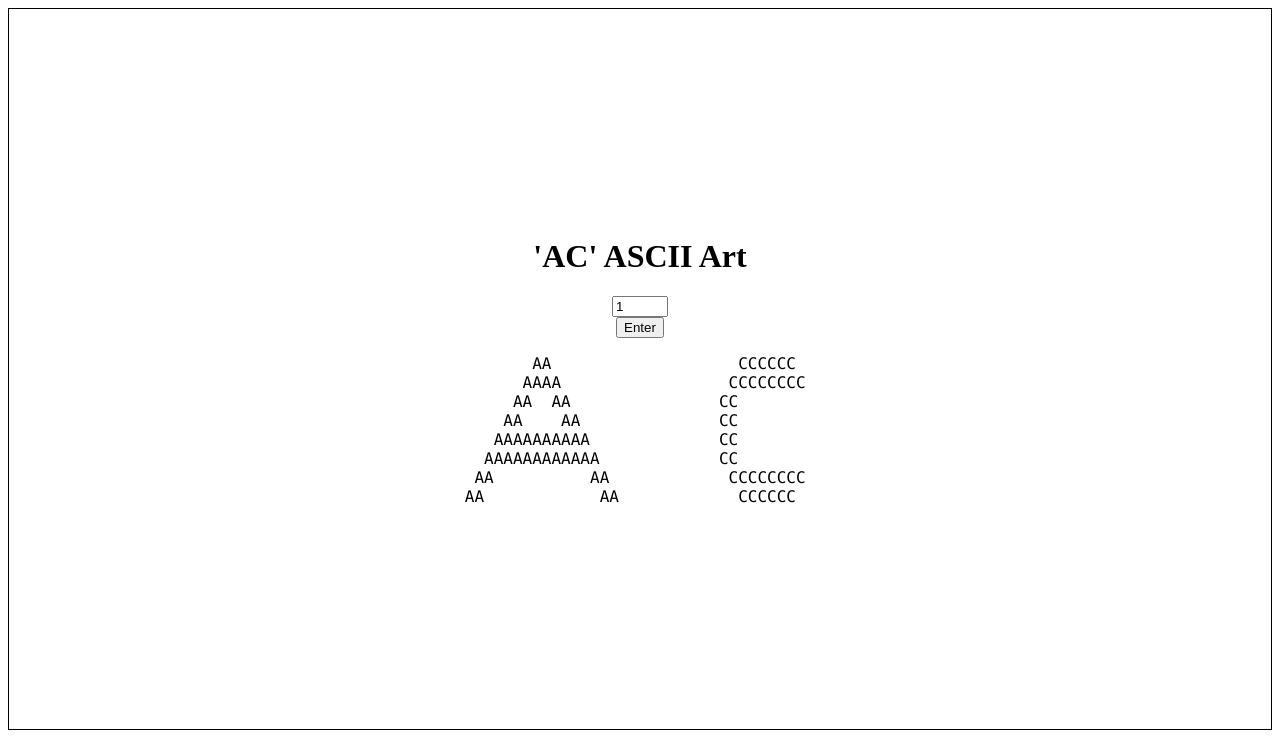
Repository: Achorn/ascii-art
Page: index.html
These files come from the project's save history. The page is drawn as it stood at one moment and after the next save; the edit follows.
The browser window is 1280 px wide. The pictures show the whole page.

Above is the page before, as saved 2021-08-09 21:05:30.

### index.html
<!DOCTYPE html>
<html lang="en">
  <head>
    <link rel="stylesheet" href="styles.css" />
    <meta charset="UTF-8" />
    <meta http-equiv="X-UA-Compatible" content="IE=edge" />
    <meta name="viewport" content="width=device-width, initial-scale=1.0" />
    <title>Document</title>
  </head>
  <body>
    <h1>'AC' ASCII Art</h1>
    <input id="scale-input" type="number" min="1" value="1" max="10" />
    <button onclick="handlePress()">Enter</button>
    <div id="ascii-container">
      <div id="a-container">
        <p id="mono-a" style="font-family: 'Lucida Console', monospace"></p>
      </div>
      <div id="c-container">
        <p id="mono-c" style="font-family: 'Lucida Console', monospace"></p>
      </div>
    </div>
    <script type="text/javascript" src="myscripts.js"></script>
  </body>
</html>

### styles.css
body {
  border: 1px solid black;
  display: flex;
  flex-direction: column;
  justify-content: center;
  align-items: center;
  height: 100vh;
}

form {
  border: 2px solid grey;
  height: 500px;
  /* width: 400px; */
  text-align: center;
}

#ascii-container {
  display: flex;
}

#a-container {
  /* background-color: pink; */
}
#c-container {
  /* background-color: pink; */
}
#mono-a {
  /* font-size: 25.5vw; */
  padding: 0px 50px 0px 50px;
  white-space: pre;
}
#mono-c {
  padding: 0px 50px 0px 50px;
  white-space: pre;
}

### myscripts.js
let oneA = ["A"];
let oneC = ["C"];
let twoA = [
  [" ", "A", " "],
  ["A", " ", "A"],
];
let twoC = [["C"], ["C"]];

let threeA = [
  [" ", " ", "A", " ", " "],
  [" ", "A", "A", "A", " "],
  ["A", " ", " ", " ", "A"],
];
let threeC = [
  [" ", "C", "C", "C"],
  ["C", " ", " ", " "],
  [" ", "C", "C", "C"],
];

let fourA = [
  [" ", " ", " ", "A"],
  [" ", " ", "A", " "],
  [" ", "A", "A", "A"],
  ["A", " ", " ", " "],
];
let fourC = [
  [" ", "C", "C", "C", " "],
  ["C", " ", " ", " ", " "],
];

let eight = [
  [" ", " ", " ", " ", " ", " ", " ", "A"],
  [" ", " ", " ", " ", " ", " ", "A", "A"],
  [" ", " ", " ", " ", " ", "A", "A", " "],
  [" ", " ", " ", " ", "A", "A", "A", "A"],
  [" ", " ", " ", "A", "A", "A", "A", "A"],
  [" ", " ", "A", "A", " ", " ", " ", " "],
  [" ", "A", "A", " ", " ", " ", " ", " "],
  ["A", "A", " ", " ", " ", " ", " ", " "],
];

function scaleSpread(array, factor) {
  const scaled = [];

  for (const row of array) {
    let x = [];

    for (const item of row) x.push(...Array(factor).fill(item));

    scaled.push(...Array(factor).fill(x));
  }

  return scaled;
}

function arrToString(arr) {
  let string = "";
  for (let i = 0; i < arr.length; i++) {
    string += arr[i].join("") + "<br>";
  }
  return string;
}

function halfAToString(arr) {
  let string = "";
  for (let i = 0; i < arr.length; i++) {
    string += arr[i].join("");
    let rev = arr[i].slice();
    string += rev.reverse().join("");
    string += "<br>";
  }
  return string;
}

function halfCToString(arr) {
  let string = "";
  for (let i = 0; i < arr.length; i++) {
    string += arr[i].join("");
    string += "<br>";
  }
  for (let i = arr.length - 1; i >= 0; i--) {
    string += arr[i].join("");
    string += "<br>";
  }
  return string;
}
function trimA(arr, lWidth) {
  for (i = 0; i < arr.length; i++) {
    let disp = lWidth - (i % lWidth) - 1;
    let newArr = arr[i].slice();
    for (let j = 0; j < disp; j++) {
      newArr.pop();
      newArr.unshift(" ");
    }
    arr[i] = newArr;
  }
}

function trimC(arr, lWidth) {
  console.log("trimming C: ", arr, lWidth);
  for (i = 0; i < lWidth; i++) {
    //add 2*i to center
    let newArr = arr[i].slice();
    console.log(i);
    for (let j = 0; j < i * 2; j++) {
      newArr.splice(newArr.length / 2, 0, "C");
    }

    //remove i from sides
    for (let j = 0; j < i; j++) {
      newArr.pop();
      newArr.shift();
    }
    arr[i] = newArr;
  }
}
//GET ELEMENTS
let monoA = document.getElementById("mono-a");
let monoC = document.getElementById("mono-c");
let scaleInput = document.getElementById("scale-input");
//SCALE AND RESIZE
//A
let scale = 2;

let scaledFour = scaleSpread(fourA, scale);
trimA(scaledFour, scale);

//C
let scaledC = scaleSpread(fourC, scale);
trimC(scaledC, scale);
//ADD TO HTML

monoA.innerHTML = halfAToString(scaledFour);
monoC.innerHTML = halfCToString(scaledC);

function scaleLetters(scale) {
  monoA.style.fontSize = `${60 / scale}px`;
  monoC.style.fontSize = `${60 / scale}px`;
  let scaledA = scaleSpread(fourA.slice(), scale);
  trimA(scaledA, scale);
  monoA.innerHTML = halfAToString(scaledA);

  let scaledC = scaleSpread(fourC.slice(), scale);
  trimC(scaledC, scale);
  monoC.innerHTML = halfCToString(scaledC);
}

function handlePress() {
  scale = scaleInput.value;
  console.log(scale);
  scaleLetters(scale);
}

After the next save:
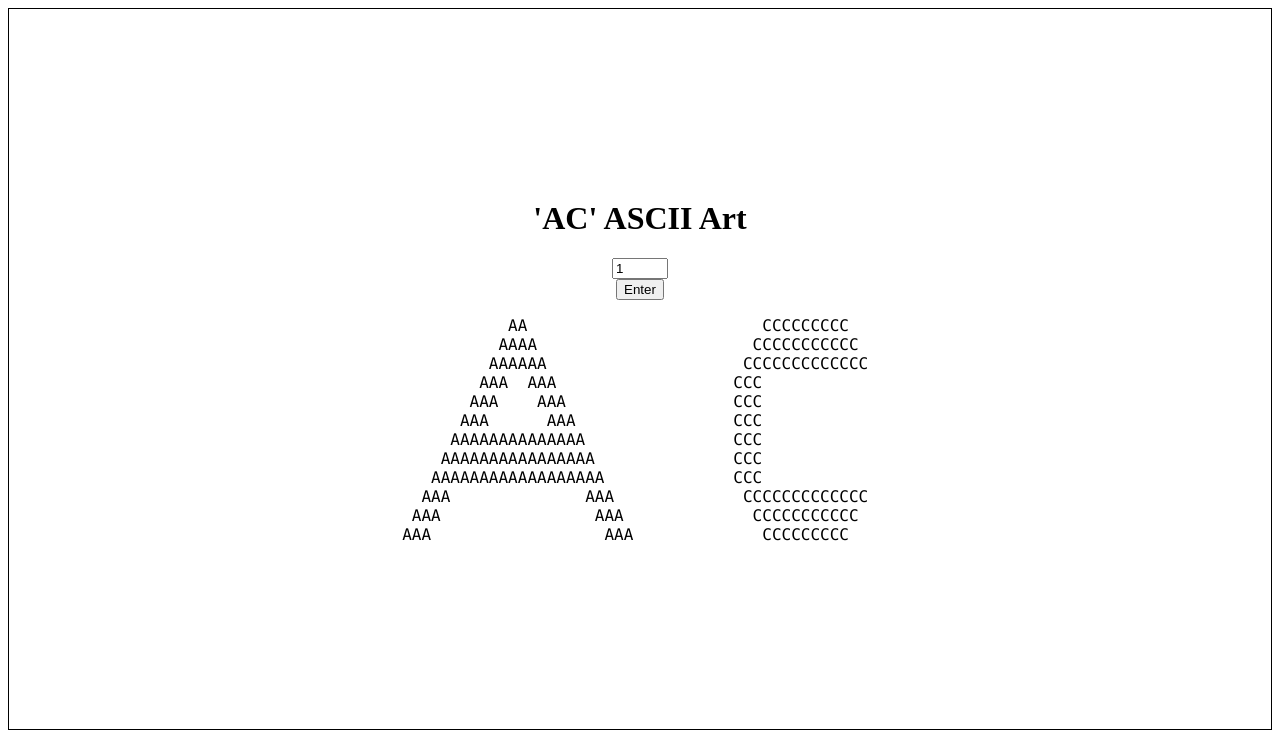
Saved 6 s later.
--- a/myscripts.js
+++ b/myscripts.js
@@ -120,7 +120,7 @@ let monoC = document.getElementById("mono-c");
 let scaleInput = document.getElementById("scale-input");
 //SCALE AND RESIZE
 //A
-let scale = 2;
+let scale = 3;
 
 let scaledFour = scaleSpread(fourA, scale);
 trimA(scaledFour, scale);
